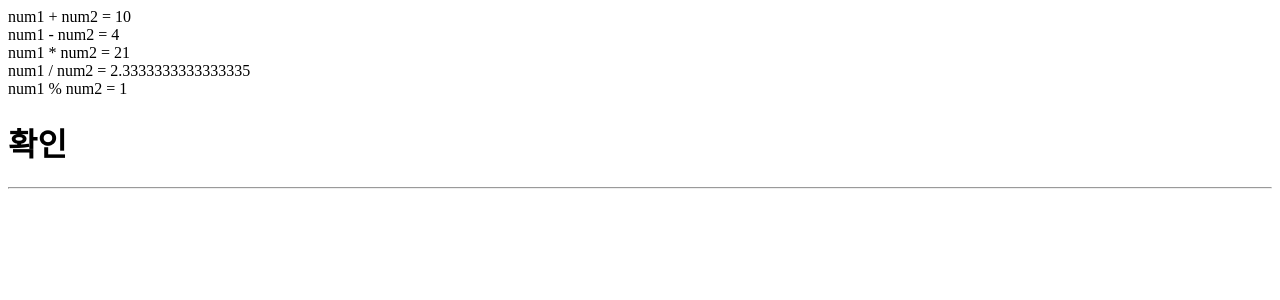
Repository: lolsoyeon/WebStudy
Page: WebApp03/WebContent/Test006.html
These files come from the project's save history. The page is drawn as it stood at one moment and after a run of saves; the edit follows.
The browser window is 1280 px wide. The pictures show the whole page.

Above is the page before, as saved 2022-09-28 08:06:04.

After the next 2 saves:
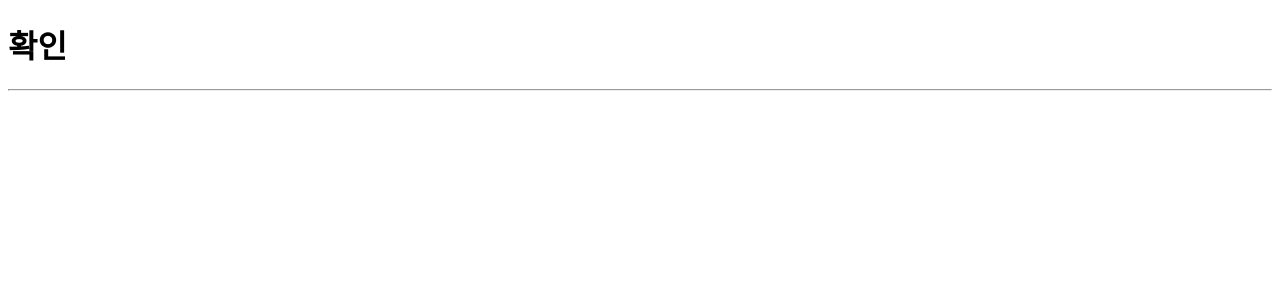
Console error: SyntaxError: missing ) after argument list
The 2 saves are shown as one change because they came seconds apart.
The last was saved 36 s later.
--- a/WebApp03/WebContent/Test006.html
+++ b/WebApp03/WebContent/Test006.html
@@ -11,7 +11,7 @@
 
 	res = num1 + num2;		// 더하기(덧셈 연산)
 	document.write("num1 + num2 = ");
-	document.write(res);
+	document.write("num1 + num2 = " res);
 
 	res = num1 - num2;		// 빼기(뺄센 연산)
 	document.write("<br>num1 - num2 = ");

After the save that followed:
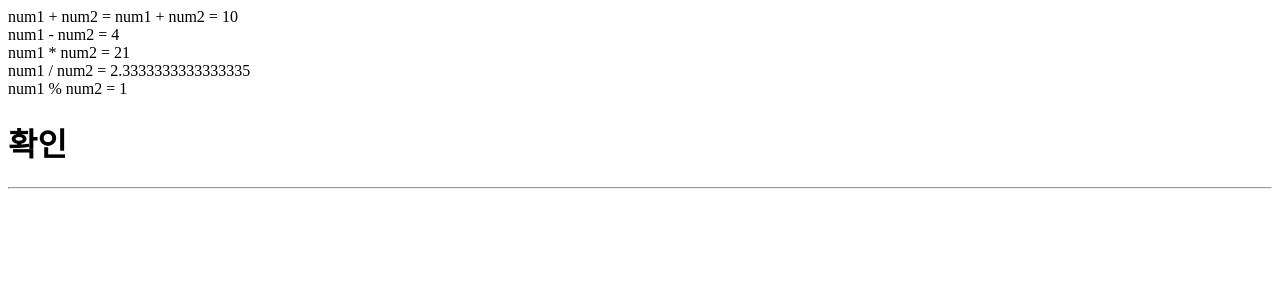
The error is gone.
Saved 10 s later.
--- a/WebApp03/WebContent/Test006.html
+++ b/WebApp03/WebContent/Test006.html
@@ -11,7 +11,7 @@
 
 	res = num1 + num2;		// 더하기(덧셈 연산)
 	document.write("num1 + num2 = ");
-	document.write("num1 + num2 = " res);
+	document.write("num1 + num2 = "  + res);
 
 	res = num1 - num2;		// 빼기(뺄센 연산)
 	document.write("<br>num1 - num2 = ");
